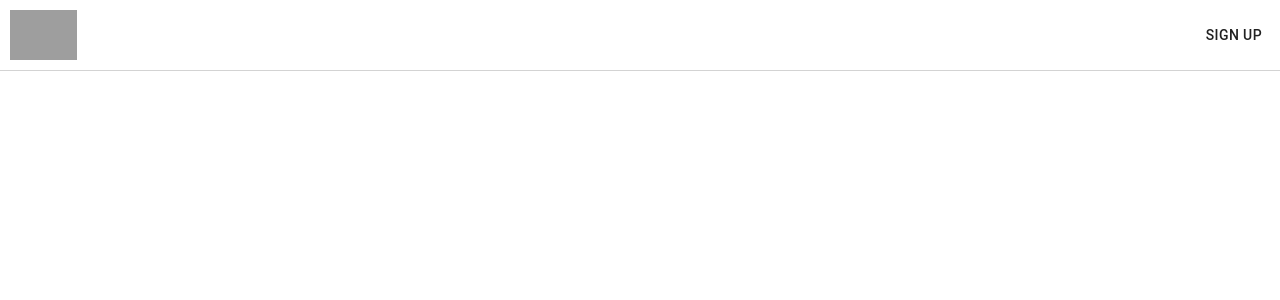
Repository: shiv0403/React-PostEmbed
Page: /
These files come from the project's save history. The page is drawn as it stood at one moment and after the next save; the edit follows.
The browser window is 1280 px wide. The pictures show the whole page.
Pictures or frames that could not be fetched are drawn as grey boxes. The page's requests for data from a server got no answer. The project was rebuilt for these pictures with package versions that can differ from the ones it lists, and the page was loaded fresh each time. No one was signed in, and anything a server would have sent is missing. Also part of the build but not shown: src/Post.css, src/Post.js.

Above is the page before, as saved 2021-01-07 19:17:47.

### src/App.js
import React, { useState, useEffect } from "react";
import "./App.css";
import { db, auth } from "./firebase";
import Post from "./Post";
import { makeStyles } from "@material-ui/core/styles";
import Modal from "@material-ui/core/Modal";
import { Button, Input } from "@material-ui/core";

function getModalStyle() {
  const top = 50;
  const left = 50;

  return {
    top: `${top}%`,
    left: `${left}%`,
    transform: `translate(-${top}%, -${left}%)`,
  };
}

const useStyles = makeStyles((theme) => ({
  paper: {
    position: "absolute",
    width: 400,
    backgroundColor: theme.palette.background.paper,
    border: "2px solid #000",
    boxShadow: theme.shadows[5],
    padding: theme.spacing(2, 4, 3),
  },
}));

function App() {
  const classes = useStyles();
  const [posts, setPosts] = useState([]);
  const [open, setOpen] = useState(false);
  const [modalStyle] = useState(getModalStyle);
  const [username, setUsername] = useState("");
  const [email, setEmail] = useState("");
  const [password, setPassword] = useState("");
  const [user, setUser] = useState(null);

  useEffect(() => {
    db.collection("posts").onSnapshot((snapshot) => {
      setPosts(
        snapshot.docs.map((doc) => ({
          id: doc.id,
          post: doc.data(),
        }))
      );
    });
  }, []);

  useEffect(() => {
    const unsubscribe = auth.onAuthStateChanged((authUser) => {
      if (authUser) {
        console.log(authUser);
        setUser(authUser);
      } else {
        setUser(null);
      }
    });

    return () => {
      unsubscribe();
    };
  }, [user, username]);

  const handleSignup = (e) => {
    e.preventDefault();
    auth
      .createUserWithEmailAndPassword(email, password)
      .then((authUser) => {
        return authUser.user.updateProfile({ displayName: username });
      })
      .catch((err) => alert(err.message));
  };

  return (
    <div className="app">
      <Modal open={open} onClose={() => setOpen(false)}>
        <div className={classes.paper} style={modalStyle}>
          <form className="app_signup">
            <center>
              <img
                className="app_header_logo"
                src="https://www.vectorlogo.zone/logos/instagram/instagram-wordmark.svg"
                alt=""
              />
            </center>
            <Input
              type="text"
              placeholder="username"
              value={username}
              onChange={(e) => setUsername(e.target.value)}
            />
            <Input
              type="email"
              placeholder="email"
              value={email}
              onChange={(e) => setEmail(e.target.value)}
            />
            <Input
              type="password"
              placeholder="password"
              value={password}
              onChange={(e) => setPassword(e.target.value)}
            />
            <Button type="submit" onClick={handleSignup}>
              Sign up
            </Button>
          </form>
        </div>
      </Modal>
      <Modal open={open} onClose={() => setOpen(false)}>
        <div className={classes.paper} style={modalStyle}>
          <form className="app_signup">
            <center>
              <img
                className="app_header_logo"
                src="https://www.vectorlogo.zone/logos/instagram/instagram-wordmark.svg"
                alt=""
              />
            </center>
            <Input
              type="email"
              placeholder="email"
              value={email}
              onChange={(e) => setEmail(e.target.value)}
            />
            <Input
              type="password"
              placeholder="password"
              value={password}
              onChange={(e) => setPassword(e.target.value)}
            />
            <Button type="submit" onClick={handleSignup}>
              Log In
            </Button>
          </form>
        </div>
      </Modal>
      <div className="app_header">
        <img
          className="app_header_logo"
          src="https://www.vectorlogo.zone/logos/instagram/instagram-wordmark.svg"
          alt=""
        />
        {user ? (
          <Button onClick={() => auth.signOut()}>Logout</Button>
        ) : (
          <div className="app_login">
            <Button onClick={() => setOpen(true)}>Sign Up</Button>
          </div>
        )}
      </div>
      {posts.map(({ id, post }) => (
        <Post
          key={id}
          username={post.username}
          caption={post.caption}
          imageUrl={post.imageUrl}
        />
      ))}
    </div>
  );
}

export default App;

### src/App.css
* {
  margin: 0;
  padding: 0;
}

.app {
  background-color: #fafafa;
}

.app_header {
  padding: 10px;
  background-color: #fff;
  border-bottom: 1px solid lightgray;
  display: flex;
  justify-content: space-between;
  align-items: center;
}

.app_header_logo {
  object-fit: contain;
  height: 50px;
  cursor: pointer;
}

.app_signup {
  display: flex;
  flex-direction: column;
}

### src/firebase.js
import firebase from "firebase";

const firebaseConfig = {
  apiKey: "AIzaSyBVotB54n_fXSMWye252b0K__OaPtilgho",
  authDomain: "instagram-clone-f951d.firebaseapp.com",
  projectId: "instagram-clone-f951d",
  storageBucket: "instagram-clone-f951d.appspot.com",
  messagingSenderId: "53516475414",
  appId: "1:53516475414:web:71b79dfc9145ad364a2937",
  measurementId: "G-692TDW2GJQ",
};

const firebaseApp = firebase.initializeApp(firebaseConfig);

const db = firebaseApp.firestore();
const auth = firebase.auth();
const storage = firebase.storage();

export { auth, storage, db };

Loaded but not shown: public/index.html (common file); src/index.js (common file); src/index.css (common file)

After the next save:
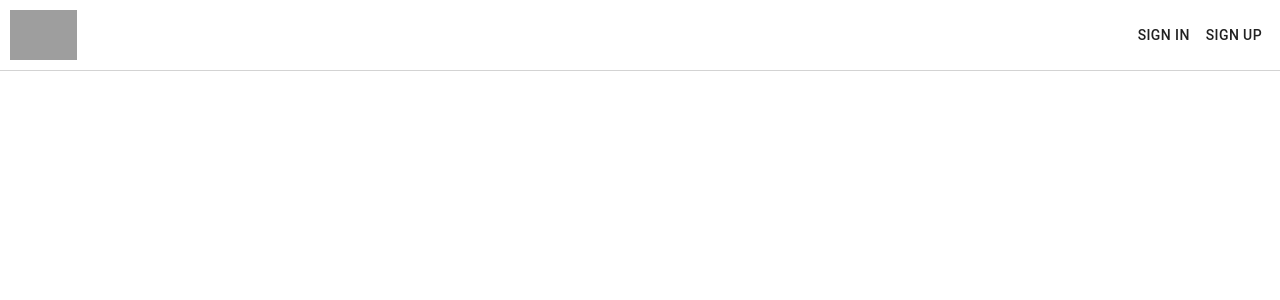
Saved 27 s later.
--- a/src/App.js
+++ b/src/App.js
@@ -148,6 +148,7 @@
           <Button onClick={() => auth.signOut()}>Logout</Button>
         ) : (
           <div className="app_login">
+            <Button>Sign In</Button>
             <Button onClick={() => setOpen(true)}>Sign Up</Button>
           </div>
         )}
